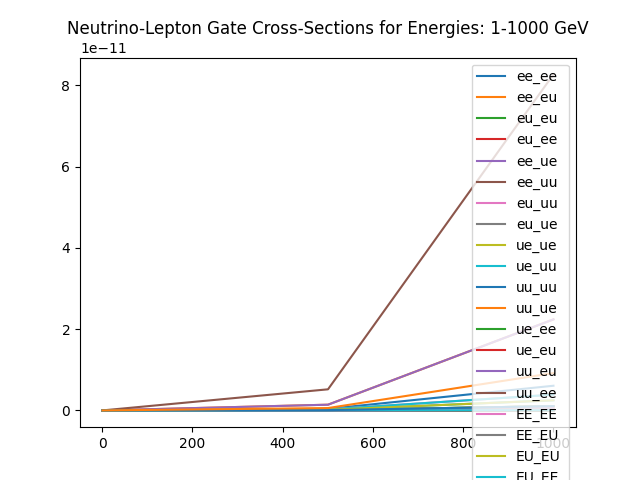
Repository: MichaelCullen2011/QuantumAndNeutrinos
Script's output: python neutrinos.py
The author's editor kept a copy of each file at every save. The script's output is drawn from the files as they stood at one save, then again after the next save.
Random numbers start from a fixed seed.

Above is the script's output before, as saved 2021-06-02 10:32:46.

After the next save:
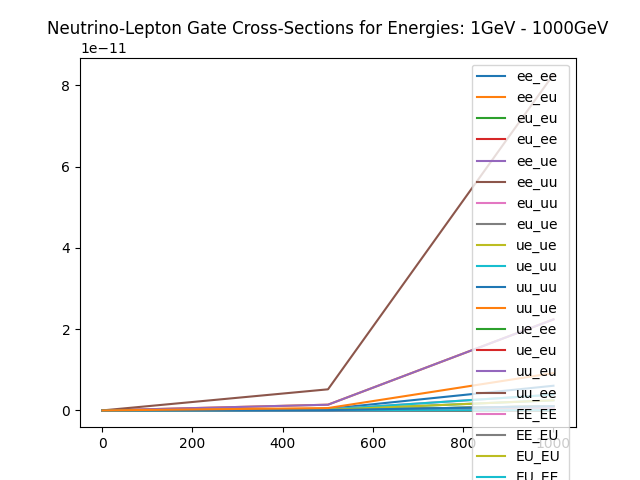
Saved 13 s later.
--- a/neutrinos.py
+++ b/neutrinos.py
@@ -393,6 +393,6 @@ for flavour, values in gate_energy_reactions.items():
 
 for flavour, values in gate_energy_reactions.items():
     plt.plot(values[1], values[0], '-')
-plt.title(f"Neutrino-Lepton Gate Cross-Sections for Energies: {int(min(energy_list))}-{int(max(energy_list))} GeV")
+plt.title(f"Neutrino-Lepton Gate Cross-Sections for Energies: {int(min(energy_list))}GeV - {int(max(energy_list))}GeV")
 plt.legend(gate_energy_reactions.keys())
 plt.show()
